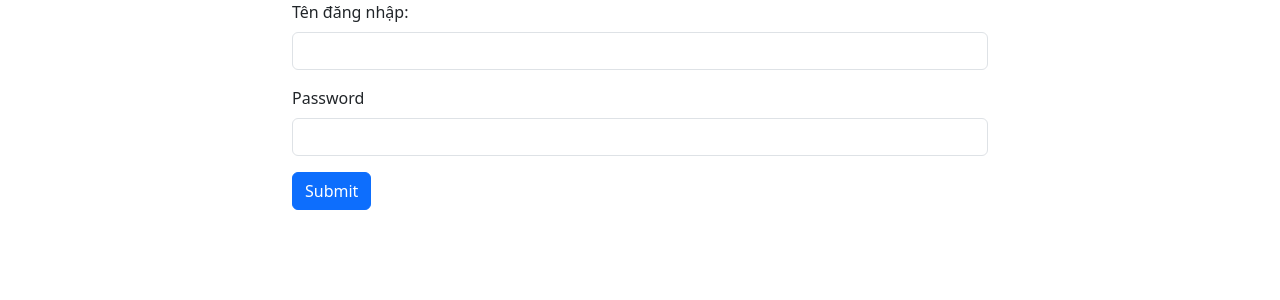
Repository: wuubangdev/bookstore-servlet-jsp
Page: http://localhost/Bai21_Servlet/login.jsp
The author's editor kept a copy of each file at every save. The page is drawn from the files as they stood at one save, then again after the next save.
The browser window is 1280 px wide. The pictures show the whole page.
The page is served by Tomcat 9.

Above is the page before, as saved 2024-03-19 07:49:09.

After the next save:
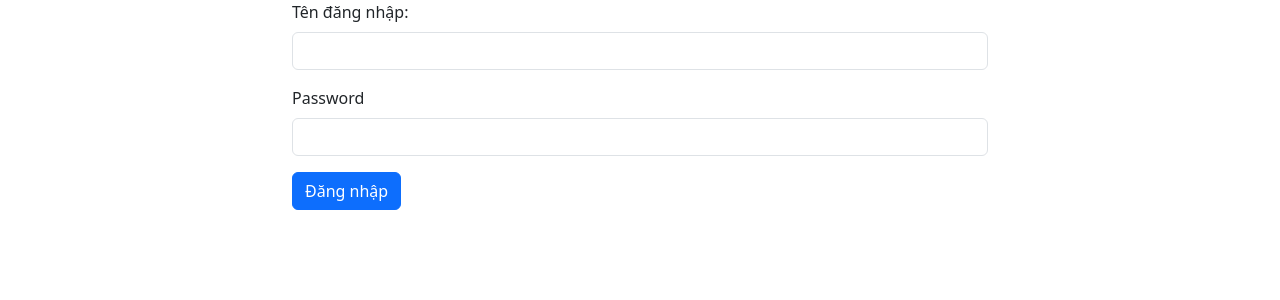
Saved 14 s later.
--- a/Bai21_Servlet/src/main/webapp/login.jsp
+++ b/Bai21_Servlet/src/main/webapp/login.jsp
@@ -19,7 +19,7 @@
 		    <label for="password" class="form-label">Password</label>
 		    <input type="password" class="form-control" id="password">
 		  </div>
-		  <button type="submit" class="btn btn-primary">Submit</button>
+		  <button type="submit" class="btn btn-primary">Đăng nhập</button>
 		</form>
 	</div>
 </body>
